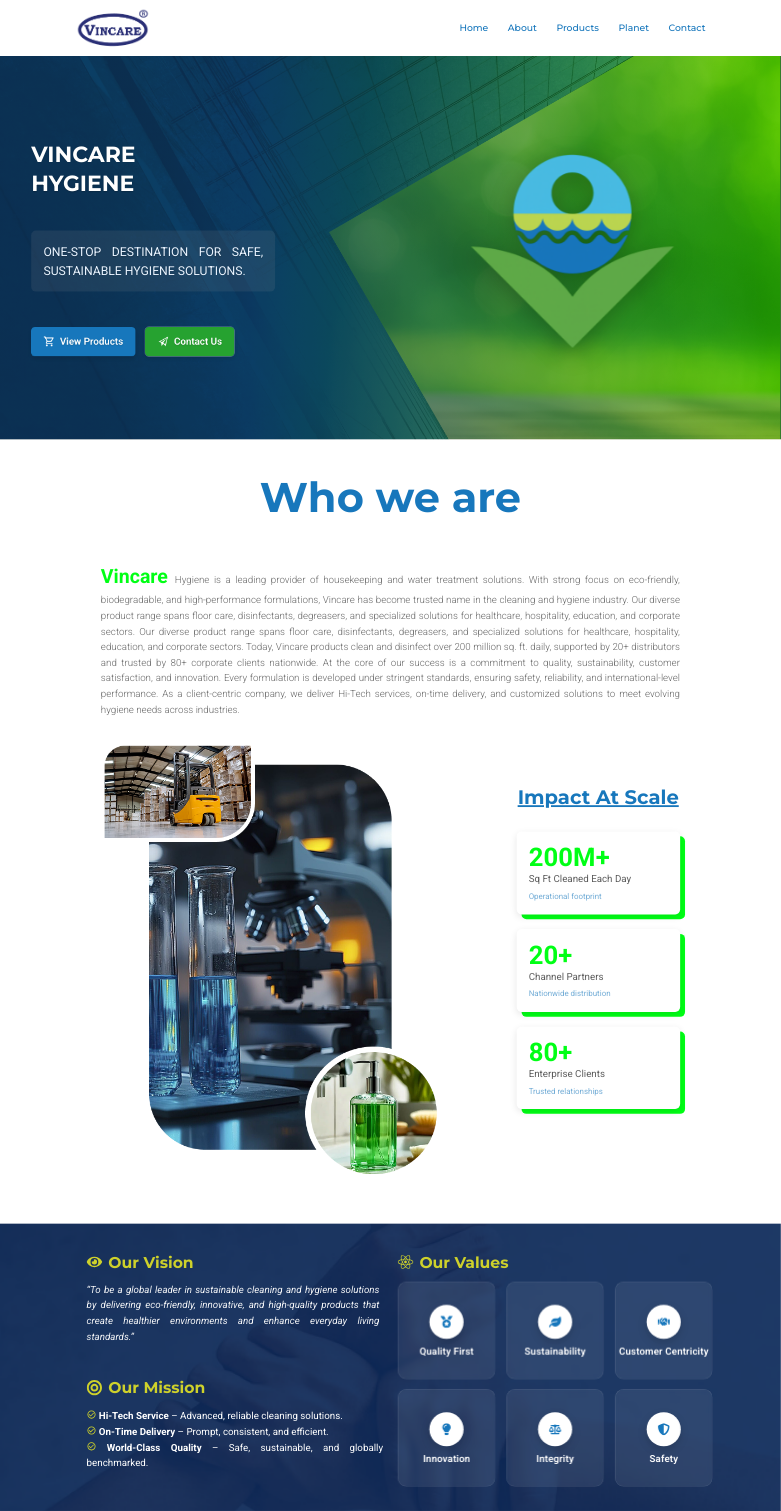
Repository: Yeshwanth-189/vincare
Page: / (app in vincare-frontend/)
These files come from the project's save history. The page is drawn as it stood at one moment and after the next save; the edit follows.
The browser window is 1280 px wide. The pictures show the whole page, at 61% of full size.
The project was rebuilt for these pictures with package versions that can differ from the ones it lists, and the page was loaded fresh each time. Also part of the build but not shown: vincare-frontend/vite.config.js.

Above is the page before, as saved 2025-09-20 18:51:03.

After the next save:
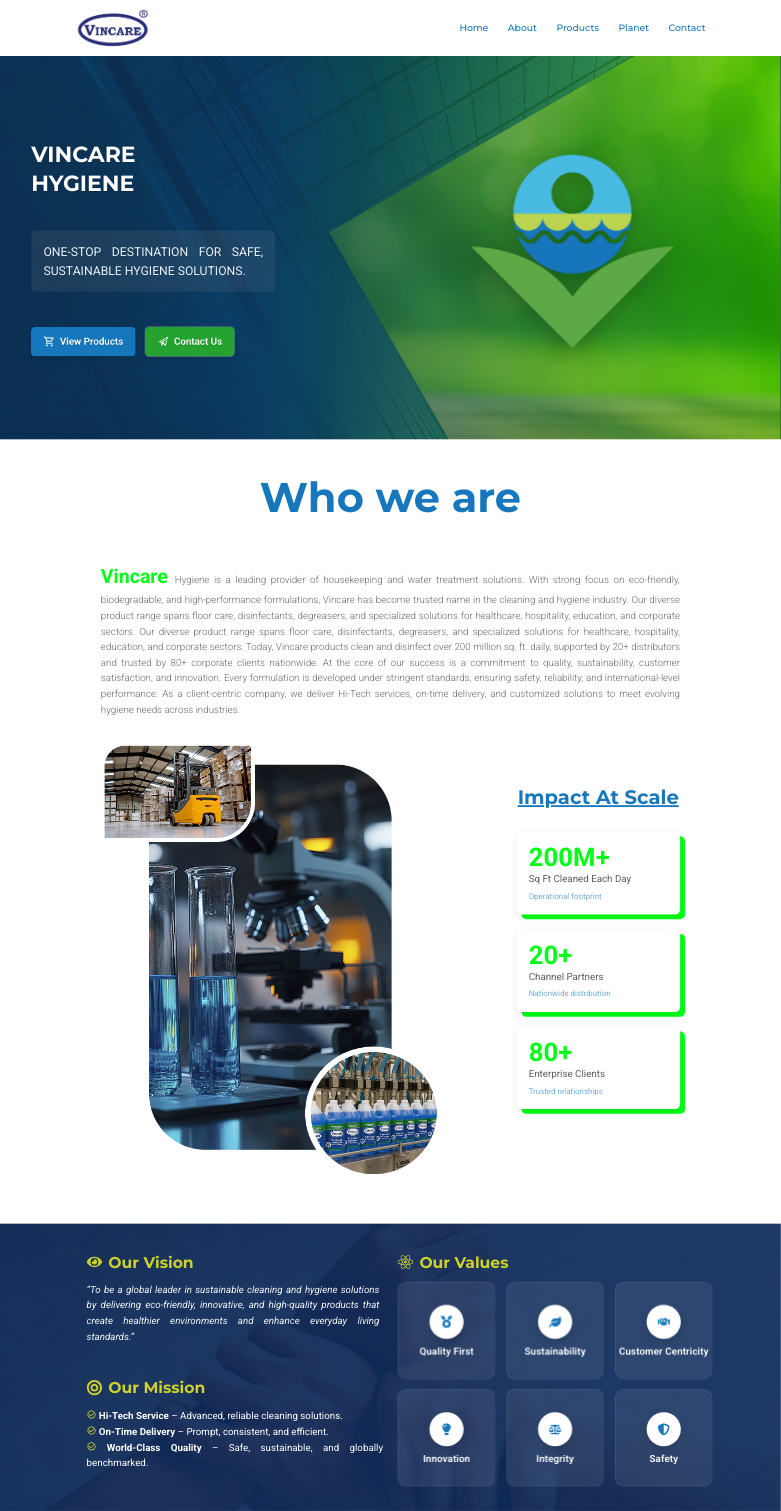
Saved 20 s later.
--- a/vincare-frontend/src/components/About.jsx
+++ b/vincare-frontend/src/components/About.jsx
@@ -4,7 +4,7 @@
 // eslint-disable-next-line no-unused-vars
 import { motion, useInView } from "framer-motion";
 import { FaEye } from "react-icons/fa";
-import AboutBg from "../assets/About-bg-g.png";
+import AboutBg from "../assets/About-bg-bg.png";
 import "../styles/About.css";
 import {
   FaBullseye,
